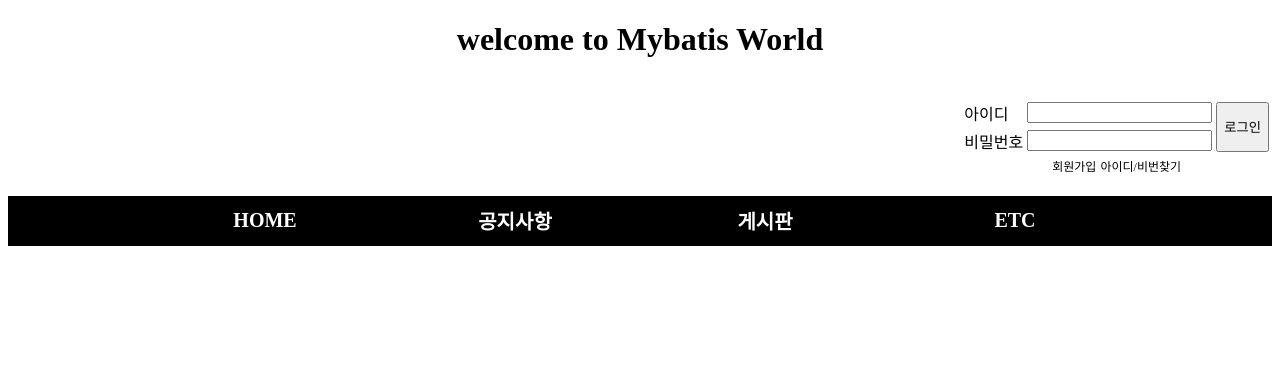
Repository: eru2/Study
Page: http://localhost/mybatisProject/myPage.me
These files come from the project's save history. The page is drawn as it stood at one moment and after the next save; the edit follows.
The browser window is 1280 px wide. The pictures show the whole page.
The page is served by Tomcat 10.

Above is the page before, as saved 2025-03-06 06:26:42.

After the next save:
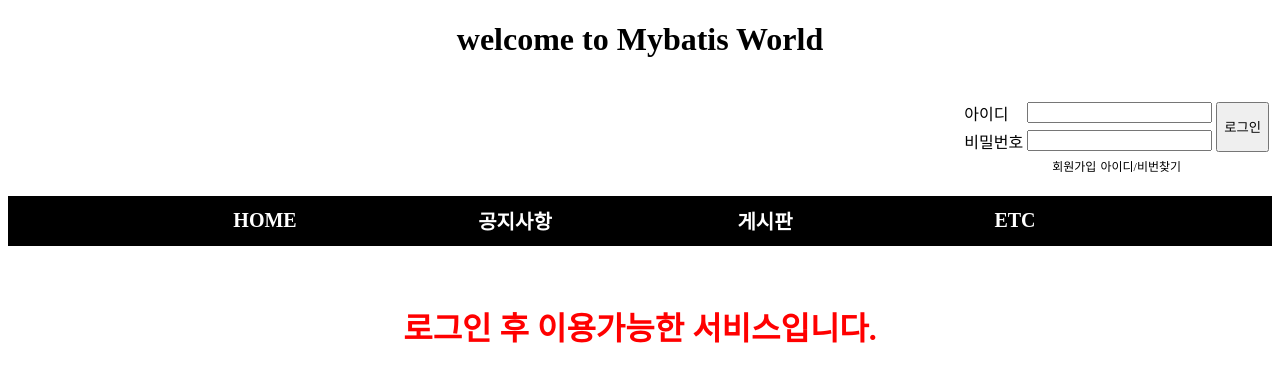
Saved 28 s later.
--- a/08_MyBatis/mybatisProject/src/main/java/com/kh/mybatis/member/controller/MemberPageController.java
+++ b/08_MyBatis/mybatisProject/src/main/java/com/kh/mybatis/member/controller/MemberPageController.java
@@ -30,6 +30,7 @@
 	protected void doGet(HttpServletRequest request, HttpServletResponse response) throws ServletException, IOException {
 		HttpSession session = request.getSession();
 		if(session.getAttribute("loginUser") == null) {
+			request.setAttribute("errorMsg", "로그인 후 이용가능한 서비스입니다.");
 			request.getRequestDispatcher("views/common/errorPage.jsp").forward(request, response);
 		} else {
 			request.getRequestDispatcher("views/member/myPage.jsp").forward(request, response);
